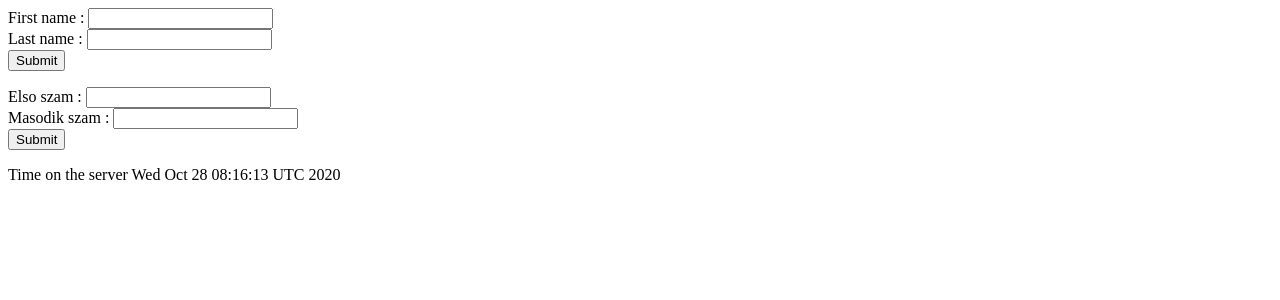
Repository: Gyepike/JSP
Page: http://localhost/JSPDemo/Student-form.jsp
An editor plug-in stored every save of this project. The page is shown before and after the next save, followed by the edit.
The browser window is 1280 px wide. The pictures show the whole page.
The page is served by Tomcat 9.

Above is the page before, as saved 2020-10-28 22:38:54.

After the next save:
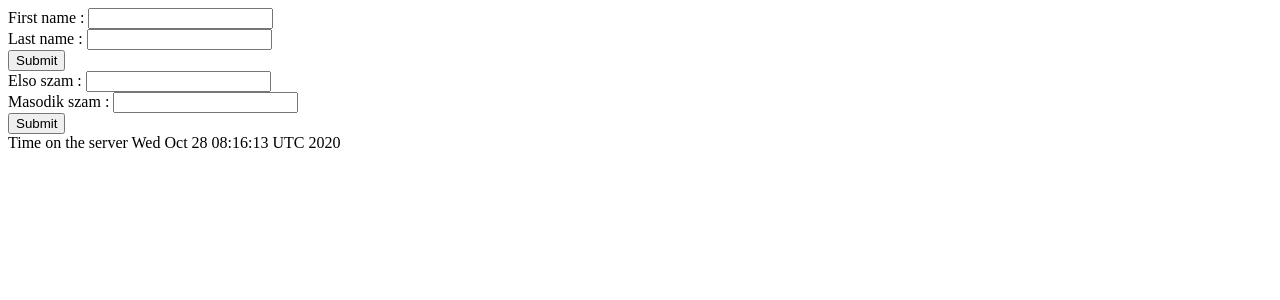
Saved 49 s later.
--- a/JSPDemo/WebContent/Student-form.jsp
+++ b/JSPDemo/WebContent/Student-form.jsp
@@ -1,4 +1,13 @@
+
+<%@ page language="java" contentType="text/html; charset=ISO-8859-1"
+    pageEncoding="ISO-8859-1"%>
+<!DOCTYPE html>
 <html>
+<head>
+<meta charset="ISO-8859-1">
+<title>Insert title here</title>
+</head>
+
   <body>
      <form action="Studentk" method="GET">
        First name : <input type="text" name="firstName">
